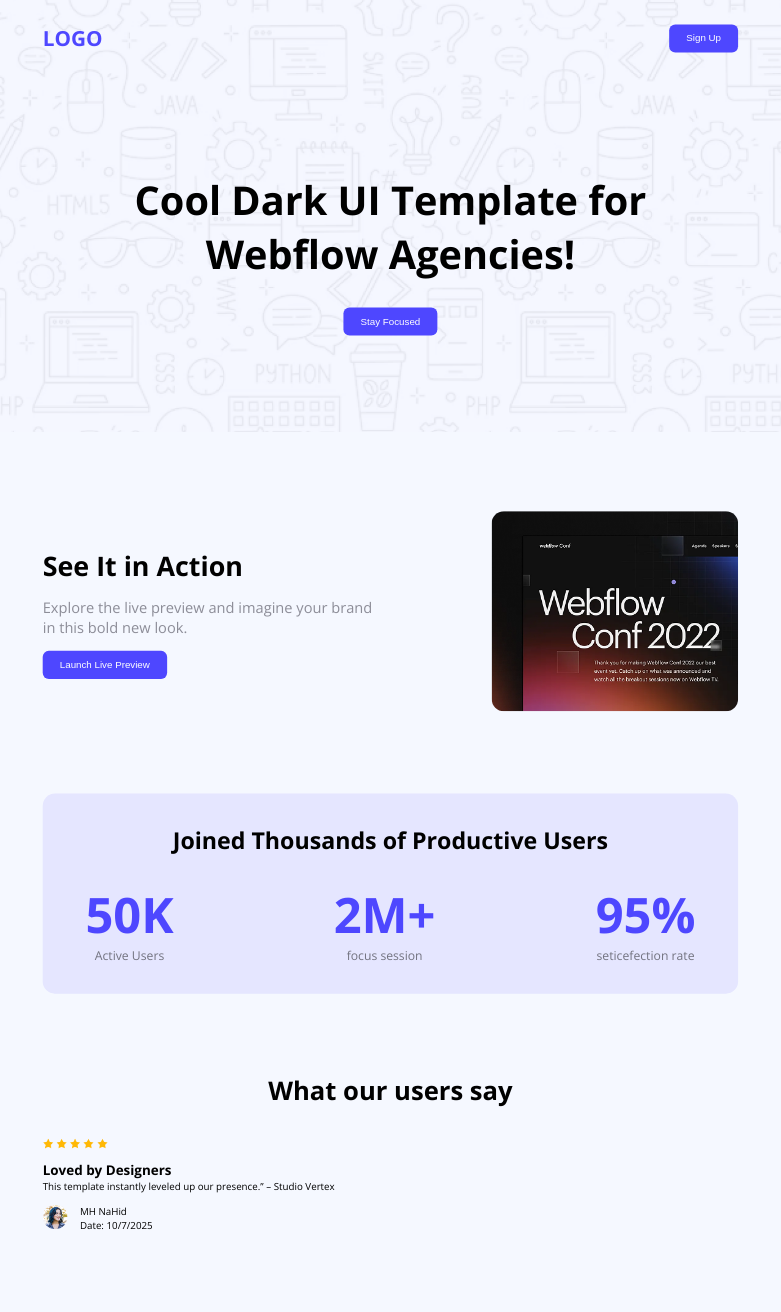
Repository: nahid-hasann/website-3
Page: index.html
An editor plug-in stored every save of this project. The page is shown before and after the next save, followed by the edit.
The browser window is 1280 px wide. The pictures show the whole page, at 61% of full size.

Above is the page before, as saved 2025-07-10 21:03:20.

After the next save:
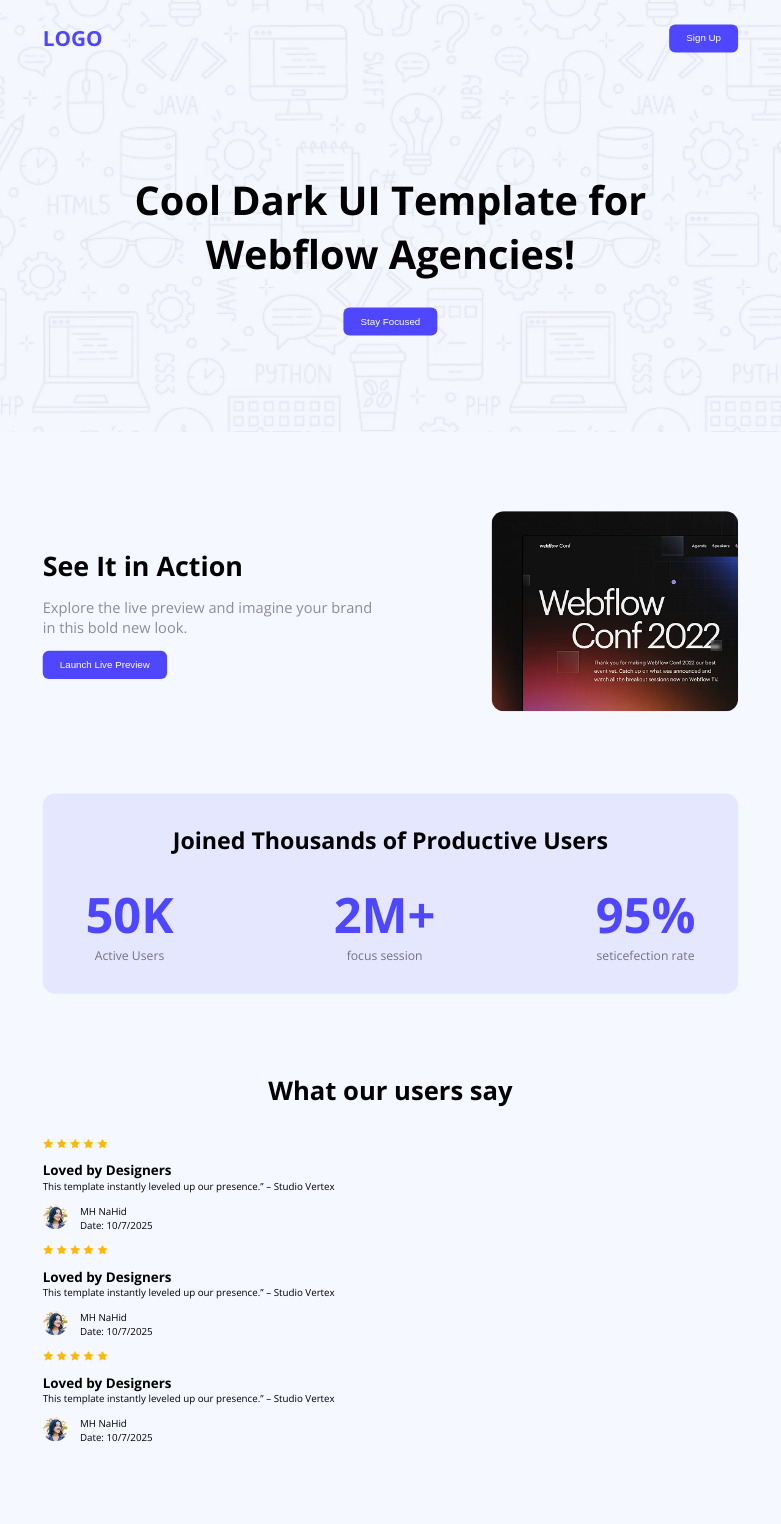
Saved 10 s later.
--- a/index.html
+++ b/index.html
@@ -102,6 +102,50 @@
         </div>
 
     </div>
+       <div class="feedback-review">
+
+        <div class="star">
+            <img src="Assets/icon-star.png" alt="">
+        <img src="Assets/icon-star.png" alt="">
+        <img src="Assets/icon-star.png" alt="">
+        <img src="Assets/icon-star.png" alt="">
+        <img src="Assets/icon-star.png" alt="">
+        <h4>Loved by Designers</h4>
+        <p>This template instantly leveled up our presence.” – Studio Vertex</p>
+        </div>
+        <div class="reviwer">
+            <div class="reviwer-img">
+                <img src="Assets/avatar.png" alt="">
+            </div>
+            <div class="reviwer-text">
+                <p>MH NaHid</p>
+                 <p>Date: 10/7/2025</p>
+            </div>
+        </div>
+
+    </div>
+       <div class="feedback-review">
+
+        <div class="star">
+            <img src="Assets/icon-star.png" alt="">
+        <img src="Assets/icon-star.png" alt="">
+        <img src="Assets/icon-star.png" alt="">
+        <img src="Assets/icon-star.png" alt="">
+        <img src="Assets/icon-star.png" alt="">
+        <h4>Loved by Designers</h4>
+        <p>This template instantly leveled up our presence.” – Studio Vertex</p>
+        </div>
+        <div class="reviwer">
+            <div class="reviwer-img">
+                <img src="Assets/avatar.png" alt="">
+            </div>
+            <div class="reviwer-text">
+                <p>MH NaHid</p>
+                 <p>Date: 10/7/2025</p>
+            </div>
+        </div>
+
+    </div>
 
     </div>
 
